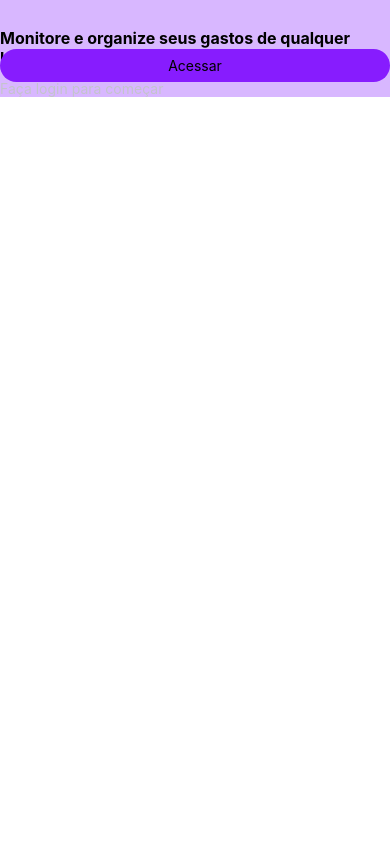
Repository: zz4fff/finance2
Page: /
The author's editor kept a copy of each file at every save. The page is drawn from the files as they stood at one save, then again after the next save.
The browser window is 390 px wide. The pictures show the whole page.
The app was drawn by React Native's web renderer in a window 390 px wide. The project was rebuilt for these pictures with package versions that can differ from the ones it lists, and the page was loaded fresh each time. Some packages were replaced by stand-ins written for this rebuild.

Above is the page before, as saved 2026-04-17 19:23:53.

### App.js
import { StatusBar } from 'expo-status-bar';
import { StyleSheet, Text, View } from 'react-native';

import Welcome from './src/pages/Welcome';

export default function App() {
  return (
    <View>
      <Welcome />
    </View>
  );
}

const styles = StyleSheet.create({
  container: {
    flex: 1,
    backgroundColor: '#fff',
    alignItems: 'center',
    justifyContent: 'center',
  },
});

### src/pages/Welcome/index.js
import React from 'react';
import { View, Text, TouchableOpacity, StyleSheet } from 'react-native';

export default function Welcome() {
  return (
    <View style={styles.container}>
      <Text style={styles.title}>
        Monitore e organize seus gastos de qualquer lugar!
      </Text>
      <Text style={styles.text}>Faça login para começar</Text>
      <TouchableOpacity
        style={styles.button}
        onPress={() => console.log('press')}
      >
        <Text style={styles.buttonText}>Acessar</Text>
      </TouchableOpacity>
    </View>
  );
}

const styles = StyleSheet.create({
  container: {
    flex: 1,
    backgroundColor: '#d8b7ff',
  },

  title: {
    fontSize: 16,
    fontWeight: 'bold',
    marginTop: 28,
    marginBottom: 12,
  },

  text: {
    color: "#c4c4cc",
  },

  button: {
    position: 'absolute',
    backgroundColor: '#871cfe',
    borderRadius: 50,
    paddingVertical: 8,
    width: '60%',
    alignSelf: 'center',
    bottom: "15%",
    padding: 12,
    marginTop: 24,
    alignItems: 'center',
    justifyContent: 'center',
    width: '100%',
  },
});

Loaded but not shown: index.js (common file)

After the next save:
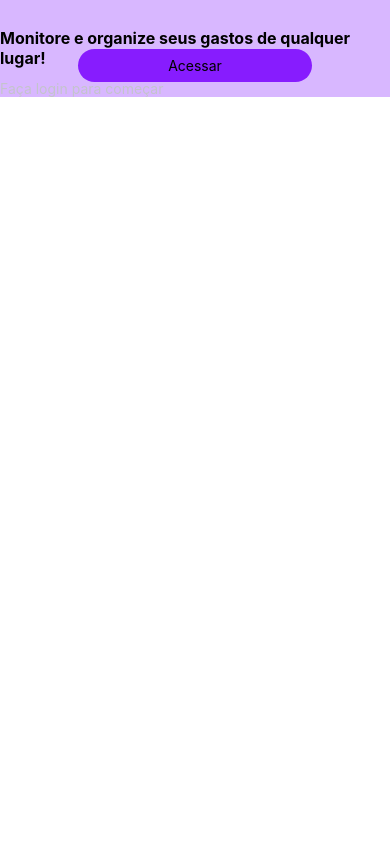
Saved 69 s later.
--- a/src/pages/Welcome/index.js
+++ b/src/pages/Welcome/index.js
@@ -43,10 +43,7 @@ const styles = StyleSheet.create({
     width: '60%',
     alignSelf: 'center',
     bottom: "15%",
-    padding: 12,
-    marginTop: 24,
+    justifyContent: 'center',
     alignItems: 'center',
-    justifyContent: 'center',
-    width: '100%',
   },
 });
